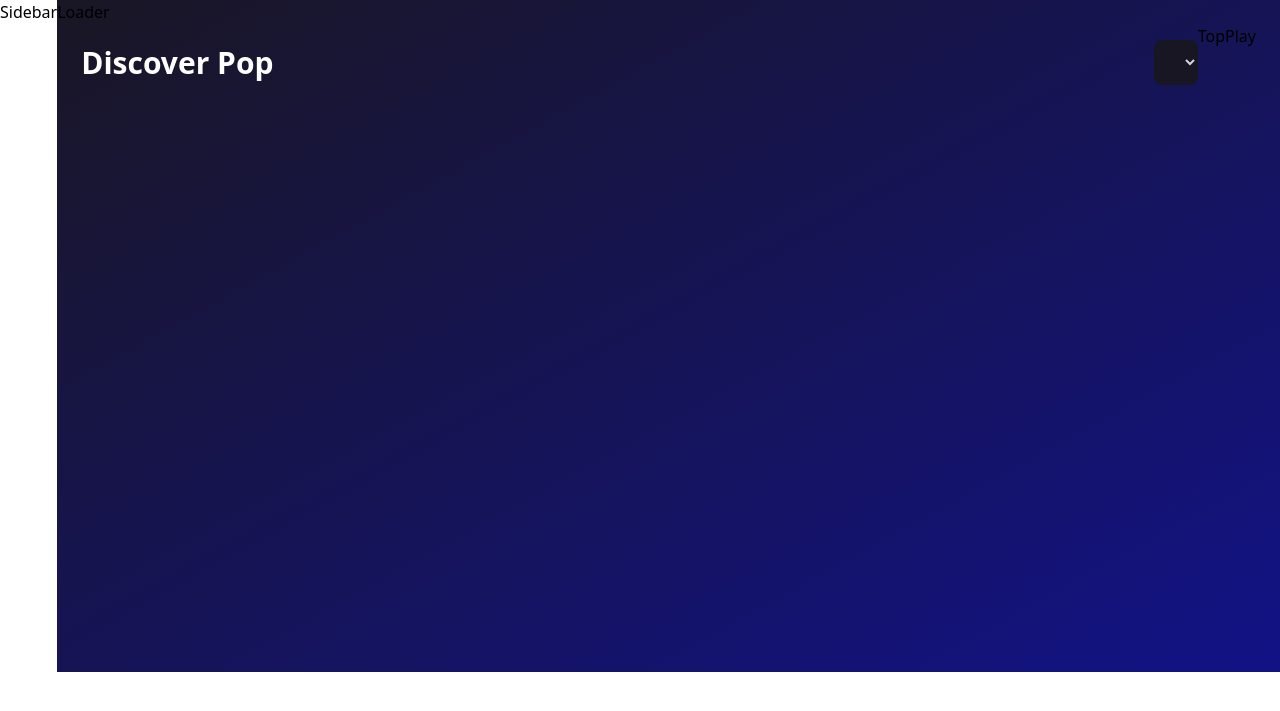
Repository: remydev47/Beats
Page: /
The author's editor kept a copy of each file at every save. The page is drawn from the files as they stood at one save, then again after the next save.
The browser window is 1280 px wide. The pictures show the whole page.
The project was rebuilt for these pictures with package versions that can differ from the ones it lists, and the page was loaded fresh each time. Also part of the build but not shown: vite.config.js, src/components/SongCard.jsx, src/components/ArtistCard.jsx, src/components/DetailsHeader.jsx, src/components/PlayPause.jsx, src/components/SongBar.jsx, src/components/RelatedSongs.jsx, src/components/MusicPlayer/Controls.jsx and 13 more.

Above is the page before, as saved 2022-09-23 19:24:08.

### index.html
<!DOCTYPE html>
<html lang="en">
  <head>
    <meta charset="UTF-8" />
    <link rel="icon" type="image/svg+xml" href="/vite.svg" />
    <meta name="viewport" content="width=device-width, initial-scale=1.0" />
    <title>Lyrics</title>
  </head>
  <body>
    <div id="root"></div>
    <script type="module" src="/src/index.jsx"></script>
  </body>
</html>

### src/redux/features/playerSlice.js
import { createSlice } from '@reduxjs/toolkit';

const initialState = {
  currentSongs: [],
  currentIndex: 0,
  isActive: false,
  isPlaying: false,
  activeSong: {},
  genreListId: '',
};

const playerSlice = createSlice({
  name: 'player',
  initialState,
  reducers: {
    setActiveSong: (state, action) => {
      state.activeSong = action.payload.song;

      if (action.payload?.data?.tracks?.hits) {
        state.currentSongs = action.payload.data.tracks.hits;
      } else if (action.payload?.data?.properties) {
        state.currentSongs = action.payload?.data?.tracks;
      } else {
        state.currentSongs = action.payload.data;
      }

      state.currentIndex = action.payload.i;
      state.isActive = true;
    },

    nextSong: (state, action) => {
      if (state.currentSongs[action.payload]?.track) {
        state.activeSong = state.currentSongs[action.payload]?.track;
      } else {
        state.activeSong = state.currentSongs[action.payload];
      }

      state.currentIndex = action.payload;
      state.isActive = true;
    },

    prevSong: (state, action) => {
      if (state.currentSongs[action.payload]?.track) {
        state.activeSong = state.currentSongs[action.payload]?.track;
      } else {
        state.activeSong = state.currentSongs[action.payload];
      }

      state.currentIndex = action.payload;
      state.isActive = true;
    },

    playPause: (state, action) => {
      state.isPlaying = action.payload;
    },

    selectGenreListId: (state, action) => {
      state.genreListId = action.payload;
    },
  },
});

export const { setActiveSong, nextSong, prevSong, playPause, selectGenreListId } = playerSlice.actions;

export default playerSlice.reducer;

### src/pages/Discover.jsx
import { Error, Loader, SongCard } from '../components';
import { genres } from '../assets/constants'

const Discover = () => {

    const genreTitle = "Pop";

    return(
        <div className={styles.container}>
            <div className={styles.wrapper}>
                <h2 className='font-bold text-3xl text-white text-left'>
                    Discover {genreTitle}
                </h2>
                <select
                  onChange={() => {}}
                  value=""
                  className={styles.selectStyles}
                >

                </select>
            </div>
        </div>
    )
}

export default Discover;

const styles ={
    container:`flex flex-col`,
    wrapper:`w-full flex justify-between items-center sm:flex-row flex-col mt-4 mb-10`,
    selectStyles:`bg-black text-gray-300 p-3 text-sm rounded-lg outline-none sm:mt-0 mt-5`
}

### src/assets/constants.js
import { HiOutlineHashtag, HiOutlineHome, HiOutlinePhotograph, HiOutlineUserGroup } from 'react-icons/hi';

export const genres = [
  { title: 'Pop', value: 'POP' },
  { title: 'Hip-Hop', value: 'HIP_HOP_RAP' },
  { title: 'Dance', value: 'DANCE' },
  { title: 'Electronic', value: 'ELECTRONIC' },
  { title: 'Soul', value: 'SOUL_RNB' },
  { title: 'Alternative', value: 'ALTERNATIVE' },
  { title: 'Rock', value: 'ROCK' },
  { title: 'Latin', value: 'LATIN' },
  { title: 'Film', value: 'FILM_TV' },
  { title: 'Country', value: 'COUNTRY' },
  { title: 'Worldwide', value: 'WORLDWIDE' },
  { title: 'Reggae', value: 'REGGAE_DANCE_HALL' },
  { title: 'House', value: 'HOUSE' },
  { title: 'K-Pop', value: 'K_POP' },
];

export const links = [
  { name: 'Discover', to: '/', icon: HiOutlineHome },
  { name: 'Around You', to: '/around-you', icon: HiOutlinePhotograph },
  { name: 'Top Artists', to: '/top-artists', icon: HiOutlineUserGroup },
  { name: 'Top Charts', to: '/top-charts', icon: HiOutlineHashtag },
];

Loaded but not shown: src/index.jsx (common file); src/index.css (common file); src/App.jsx (common file); src/redux/store.js (common file); src/components/index.js (common file); src/pages/index.js (common file); src/components/Sidebar.jsx (common file); src/components/Searchbar.jsx (common file); src/components/TopPlay.jsx (common file); tailwind.config.cjs (common file)

After the next save:
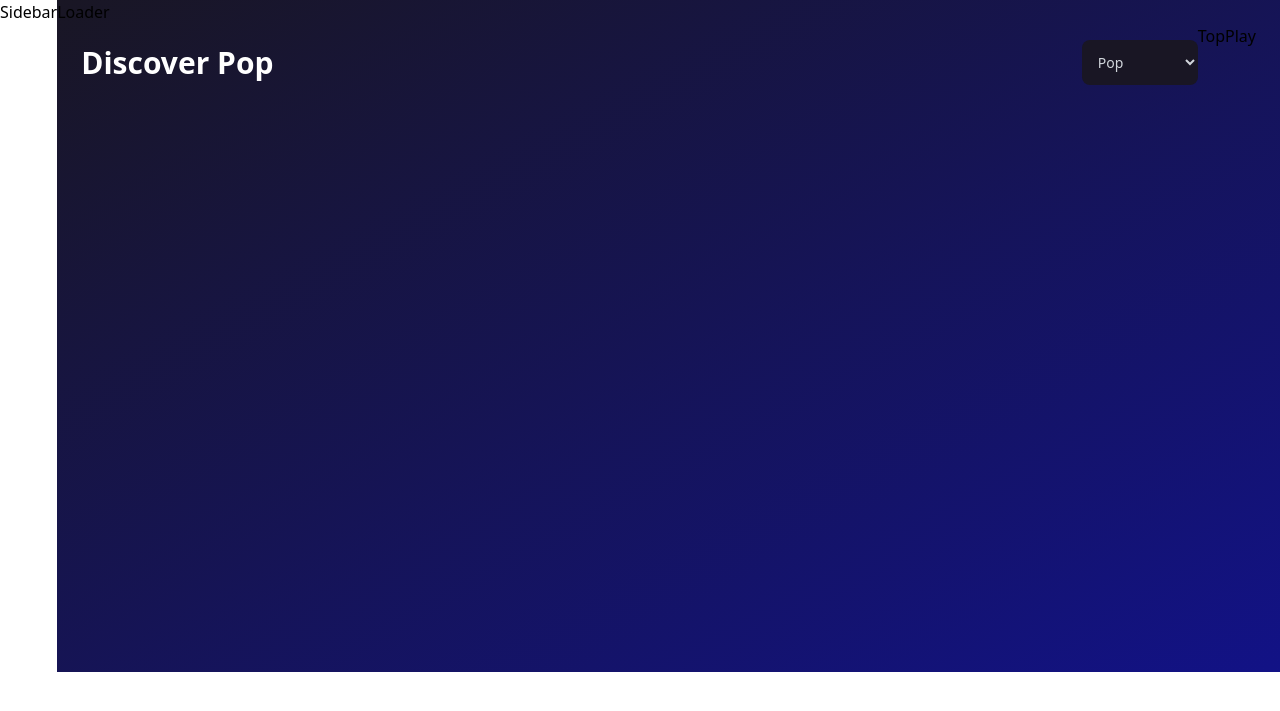
Saved 5 min 21 s later.
--- a/src/pages/Discover.jsx
+++ b/src/pages/Discover.jsx
@@ -16,7 +16,7 @@ const Discover = () => {
                   value=""
                   className={styles.selectStyles}
                 >
-
+                    {genres.map((genre) => <option>{genre.title}</option>)}
                 </select>
             </div>
         </div>
